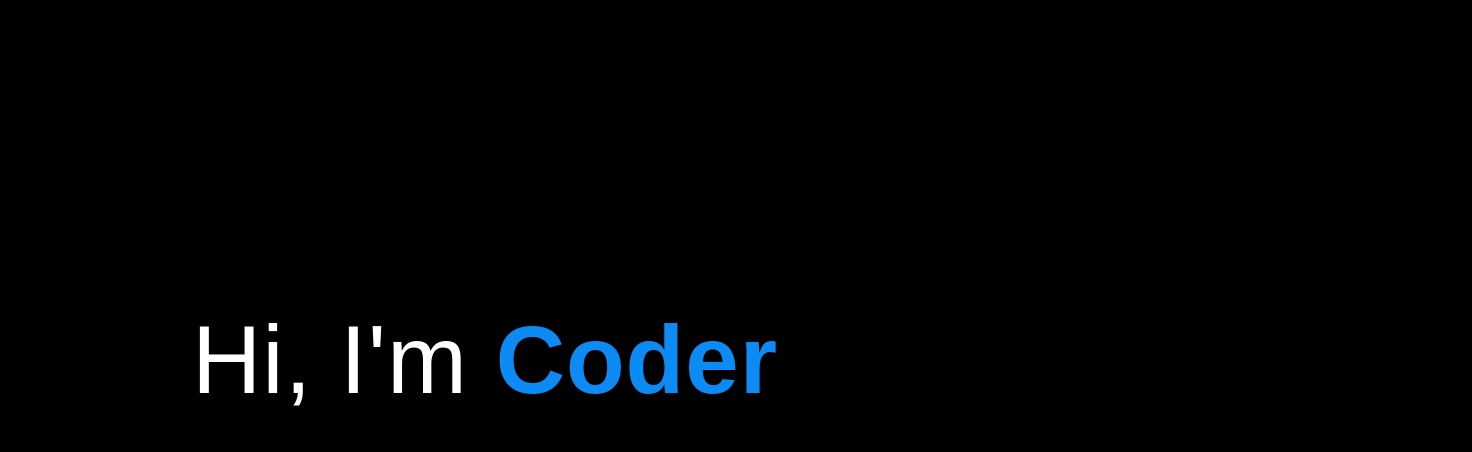
Repository: DevMike1993/Animations_HTML_CSS_JAVASCRIPT
Page: 03_Typing_Text_Animation_2/index.html
An editor plug-in stored every save of this project. The page is shown before and after a run of saves, followed by the edit.
The browser window is 1280 px wide. The page is 1472 px wide, so the pictures cover 1472 px, including what lies to the right of the window. The pictures show the whole page.
Some web libraries are served in a nearby version.

Above is the page before, as saved 2023-12-06 23:11:47.
Console error: TypeError: Cannot read properties of undefined (reading 'tagName')

After the next 2 saves:
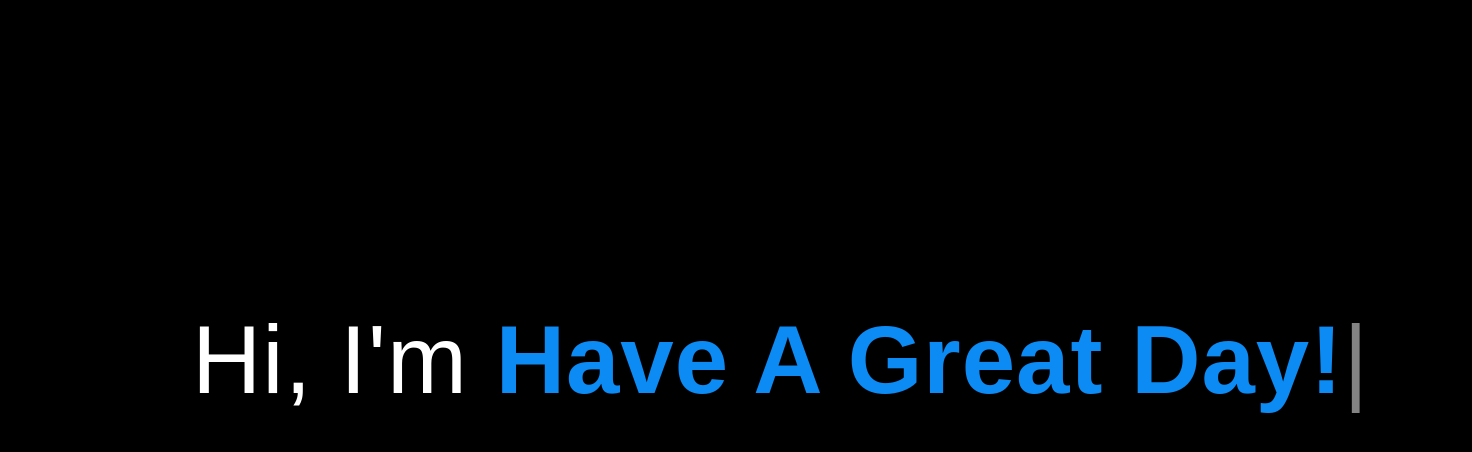
The error is gone.
The 2 saves are shown as one change because they came seconds apart.
The last was saved 11 s later.
--- a/03_Typing_Text_Animation_2/index.html
+++ b/03_Typing_Text_Animation_2/index.html
@@ -13,7 +13,7 @@
 
     <script src="https://unpkg.com/typed.js@2.1.0/dist/typed.umd.js"></script>
     <script>
-        var typingEffect = new Typed()
+        var typingEffect = new Typed(".multiText",)
     </script>
 
 </body>
